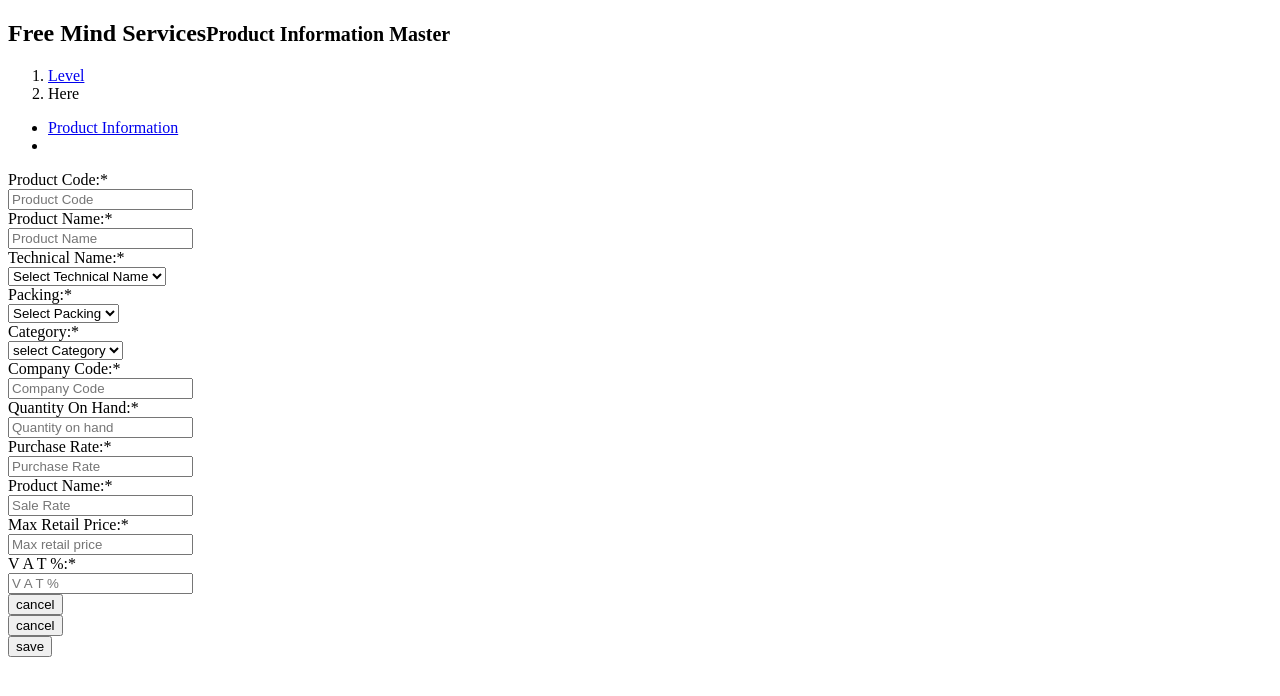
Repository: saiagro/saiagro
Page: http://localhost/AksharaWork/WEB-INF/views/productInformationMaster.jsp
An editor plug-in stored every save of this project. The page is shown before and after the next save, followed by the edit.
The browser window is 1280 px wide. The pictures show the whole page.
The page is served by Tomcat 9. Nobody is signed in. The template is opened directly, without the code that normally fills it, so the values that code supplies are empty.

Above is the page before, as saved 2016-12-29 16:41:09.

After the next save:
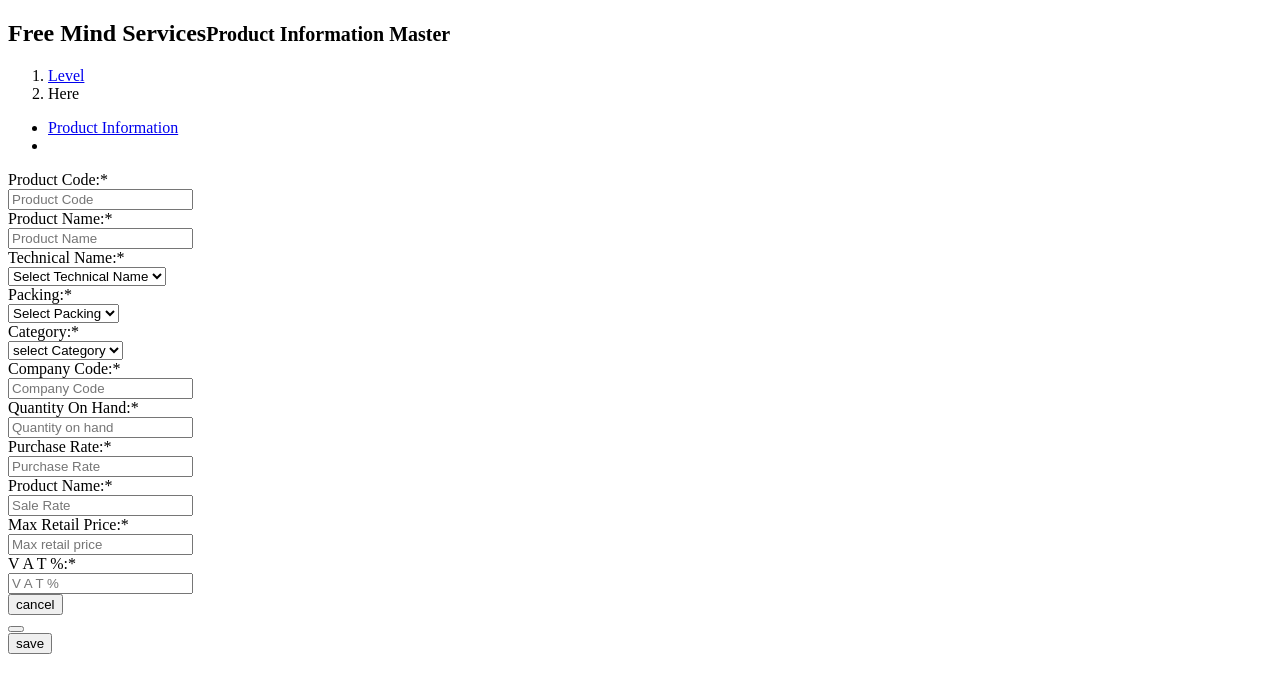
Saved 41 s later.
--- a/AksharaWork/WebContent/WEB-INF/views/productInformationMaster.jsp
+++ b/AksharaWork/WebContent/WEB-INF/views/productInformationMaster.jsp
@@ -114,7 +114,7 @@
                       <input type="reset" class="btn btn-danger pull-right" value="cancel">
                     </div>
                     <div class="col-sm-3">
-                      <input type="button" class="btn btn-danger pull-right" value="cancel">
+                      <button type="button" class="btn btn-danger pull-right"/>
                     </div>
                     <div class="col-sm-3">
                       <input type="submit" class="btn btn-success" value="save">
